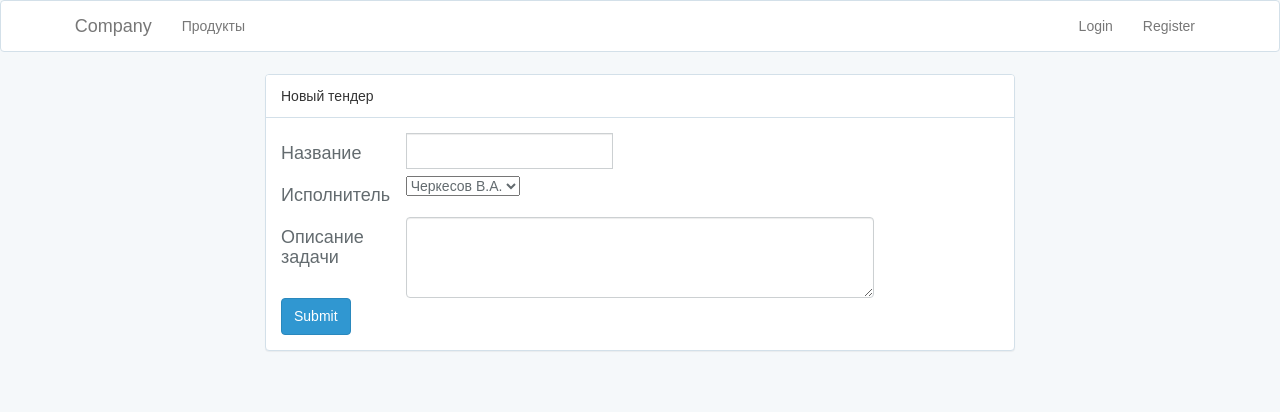
Repository: blackjack043/laravel-crud
Page: http://localhost/page2
An editor plug-in stored every save of this project. The page is shown before and after the next save, followed by the edit.
The browser window is 1280 px wide. The pictures show the whole page.
Some web fonts or font styles are not loaded; a fallback is used. The page is served by the project's Laravel application, run on PHP 8.4 with Laravel 8.

Above is the page before, as saved 2022-03-06 21:06:10.

After the next save:
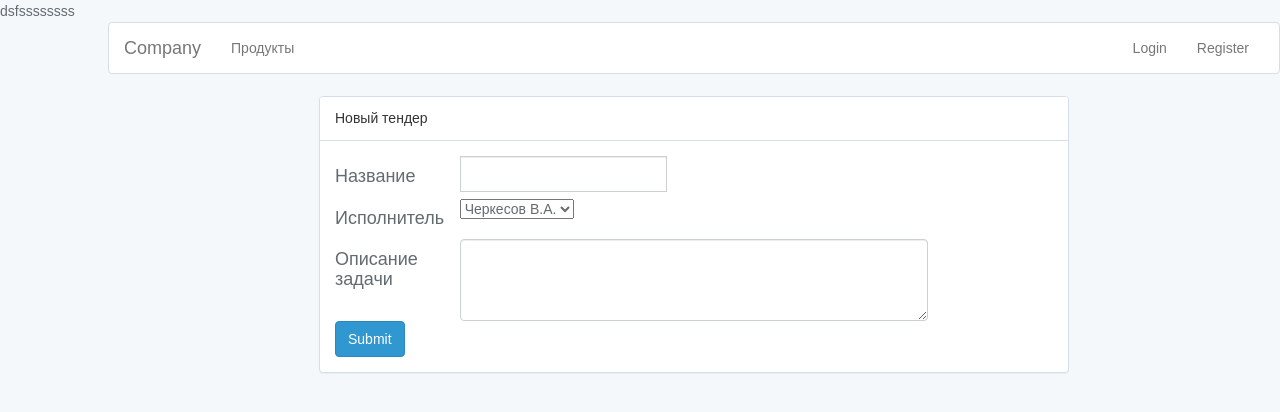
Saved 14 s later.
--- a/resources/views/layouts/app2.blade.php
+++ b/resources/views/layouts/app2.blade.php
@@ -22,8 +22,8 @@
 </head>
 <body>
     <div id="app" >
-        <div style="display:inline;float:left" >dsfssssssss</div>
-        <div>
+        <div  >dsfssssssss</div>
+        <div style="display:inline;float:right">
         <nav class="navbar navbar-default">
             <div class="container">
                 <div class="navbar-header">
